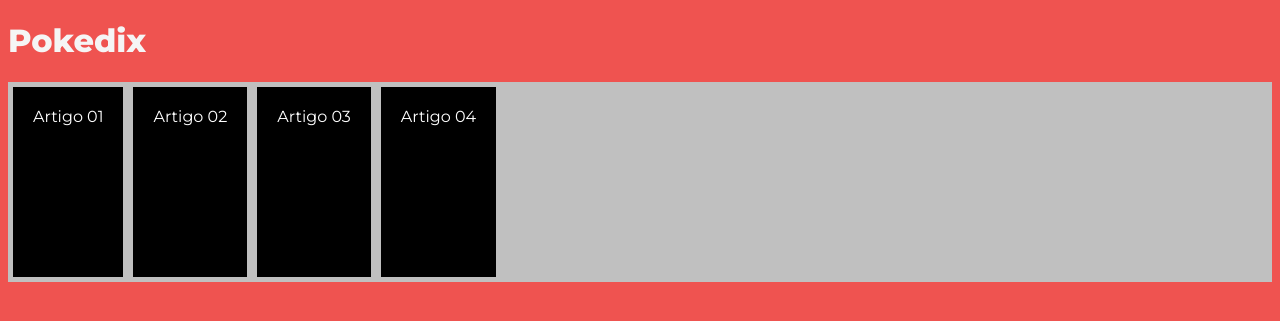
Repository: byjuliogomes/pokebyte
Page: index.html
These files come from the project's save history. The page is drawn as it stood at one moment and after the next save; the edit follows.
The browser window is 1280 px wide. The pictures show the whole page.

Above is the page before, as saved 2020-06-03 23:18:22.

### index.html
<!DOCTYPE html>
<html lang="pt-br">
<head>
    <meta charset="UTF-8">
    <meta name="viewport" content="width=device-width, initial-scale=1.0">
    <title>Pokedix</title>
    <link rel="stylesheet" href="app.css">
    <link href="https://fonts.googleapis.com/css2?family=Montserrat:wght@400;600;800;900&display=swap" rel="stylesheet">
</head>
<body>
    <h1>Pokedix</h1>
    <section class="container">
        <article class="item article-01">
            Artigo 01
        </article>
        <article class="item article-02">
            Artigo 02
        </article>
        <article class="item article-03">
            Artigo 03
        </article>
        <article class="item article-04">
            Artigo 04
        </article>
    </section>
    <script src="app.js"></script>
</body>
</html>

### app.css
* {
    font-family: 'Montserrat', sans-serif;
}

body {
    background-color: #EF5350;
    color: whitesmoke;
}

.container {
    background-color: silver;
    height: 200px;
    display: flex;
}

.item{
    background-color: black;
    color: #ffff;
    padding: 20px;
    margin: 5px;
}

### app.js
const fetchPokemon = () => {

};

After the next save:
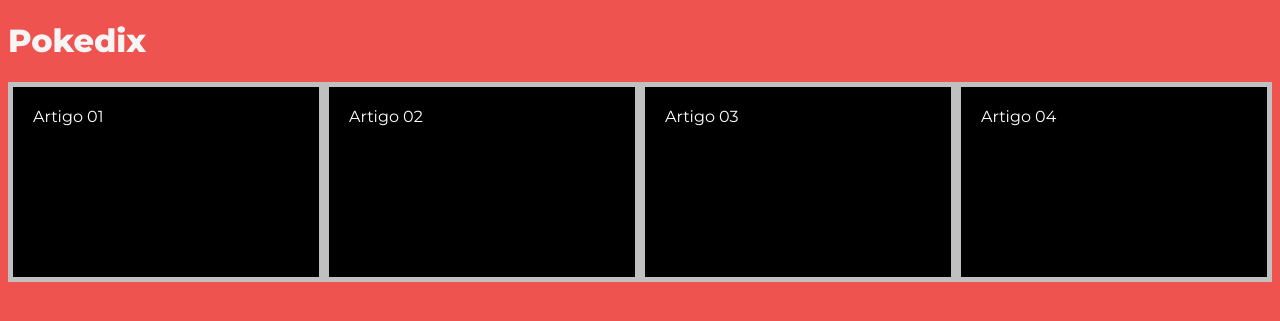
Saved 2 min 25 s later.
--- a/app.css
+++ b/app.css
@@ -11,6 +11,8 @@
     background-color: silver;
     height: 200px;
     display: flex;
+    flex-direction: row;
+    flex-wrap: nowrap;
 }
 
 .item{
@@ -18,4 +20,5 @@
     color: #ffff;
     padding: 20px;
     margin: 5px;
+    width: 50%;
 }
